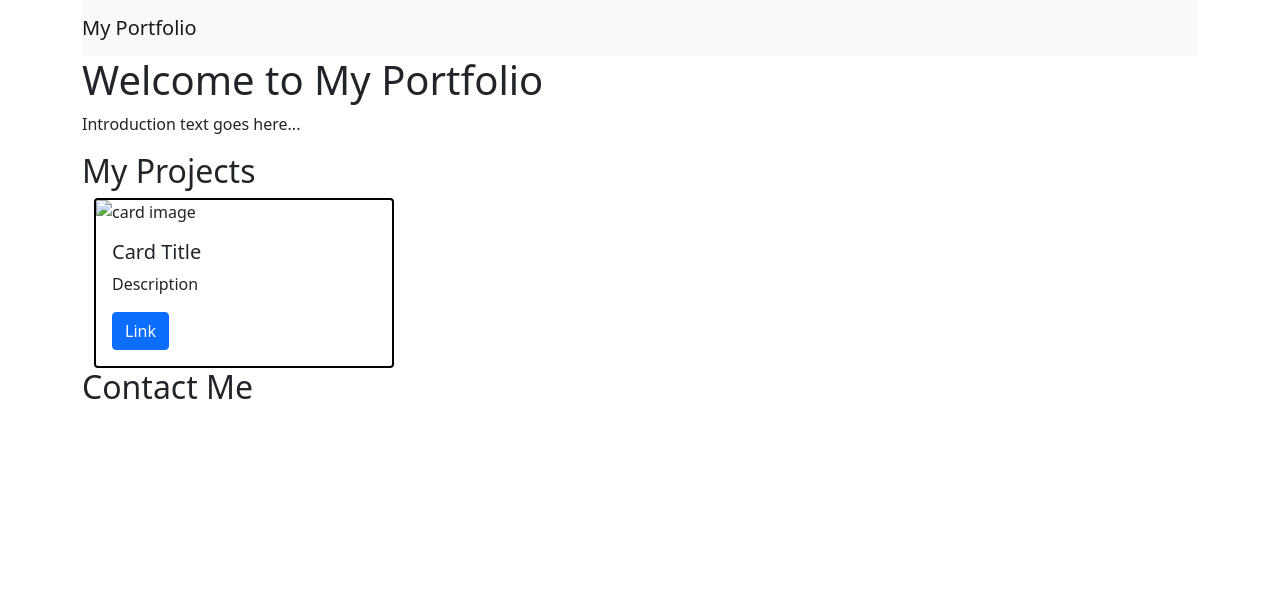
Repository: ChaidGPT/Portfolio
Page: index.html
An editor plug-in stored every save of this project. The page is shown before and after the next save, followed by the edit.
The browser window is 1280 px wide. The pictures show the whole page.

Above is the page before, as saved 2023-06-18 07:34:21.

### index.html
<!DOCTYPE html>
<html lang="en">
<head>
    <meta charset="UTF-8">
    <meta name="viewport" content="width=device-width, initial-scale=1.0">
    <title>My Portfolio</title>
    <link rel="stylesheet" href="https://cdn.jsdelivr.net/npm/bootstrap@5.0.2/css/bootstrap.min.css">
    <link rel="stylesheet" href="styles.css">
</head>
<body>
    <div class="container">
        <header>
            <!-- Navbar -->
            <nav class="navbar navbar-expand-lg navbar-light bg-light">
                <a class="navbar-brand" href="#">My Portfolio</a>
                <!-- Add your navigation links here -->
            </nav>
        </header>

        <main>
            <!-- Introduction section -->
            <section>
                <h1>Welcome to My Portfolio</h1>
                <p>Introduction text goes here...</p>
            </section>

            <!-- Projects section -->
        <section>
            <h2>My Projects</h2>
            <div class="container">
                <div class="card">
                    <img src="" class="card-img-top" alt="card image">
                    <div class="card-body">
                        <h5 class="card-title">Card Title</h5>
                        <p class="card-text">Description</p>
                        <a href="#" class="btn btn-primary">Link</a>
                    </div>
                </div>
            </div>
        </section>

            <!-- Contact section -->
            <section>
                <h2>Contact Me</h2>
                <!-- Add your contact form or information here -->
            </section>
        </main>

        <footer>
            <!-- Footer content goes here -->
        </footer>
    </div>
    <script src="https://cdn.jsdelivr.net/npm/bootstrap@5.0.2/js/bootstrap.bundle.min.js"></script>
</body>
</html>

### styles.css
.card {
    border: 2px solid #000;
    width: 300px;
}

After the next save:
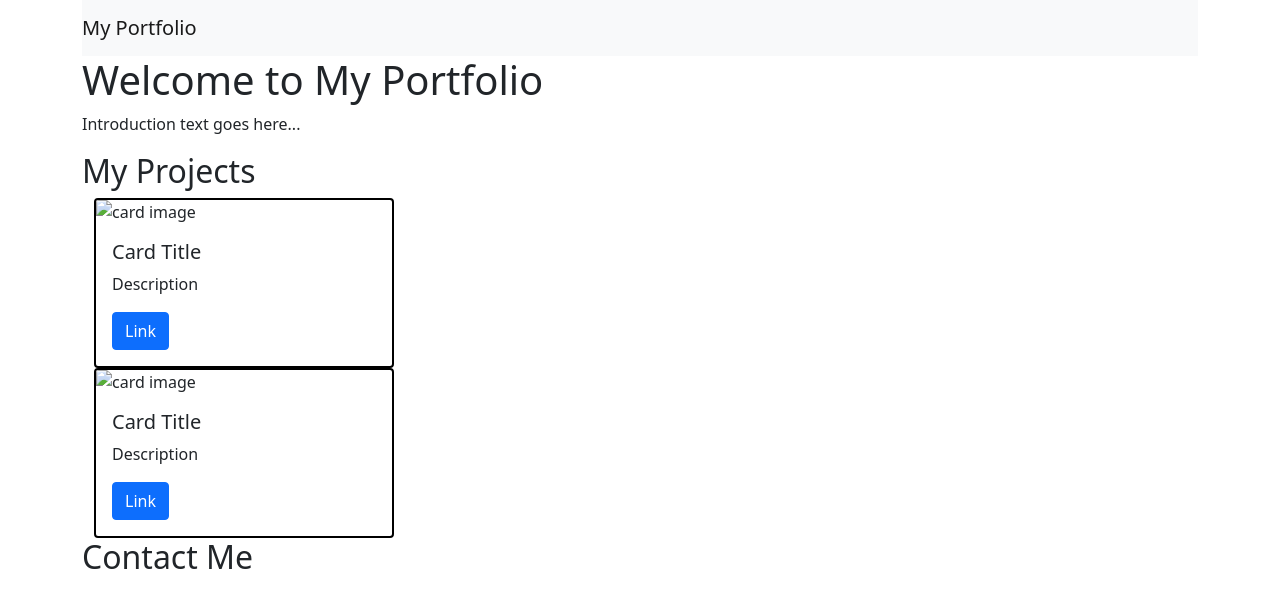
Saved 16 s later.
--- a/index.html
+++ b/index.html
@@ -36,6 +36,14 @@
                         <a href="#" class="btn btn-primary">Link</a>
                     </div>
                 </div>
+                <div class="card">
+                    <img src="" class="card-img-top" alt="card image">
+                    <div class="card-body">
+                        <h5 class="card-title">Card Title</h5>
+                        <p class="card-text">Description</p>
+                        <a href="#" class="btn btn-primary">Link</a>
+                    </div>
+                </div>
             </div>
         </section>
 
